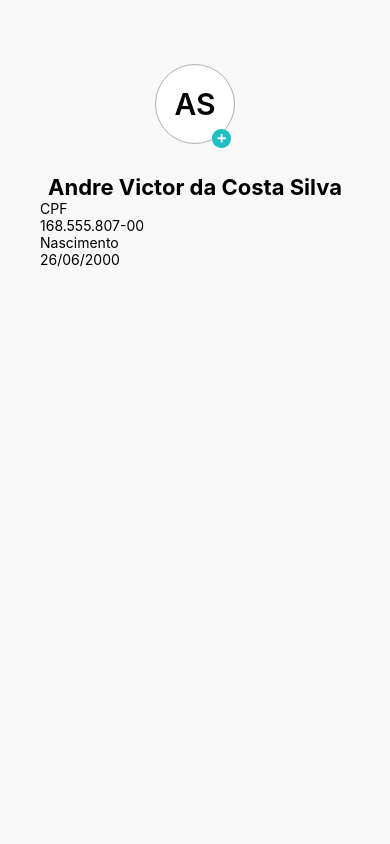
Repository: andre06x/native-estacio
Screen: /
The author's editor kept a copy of each file at every save. The screen is drawn from the files as they stood at one save, then again after the next save.
The app was drawn by React Native's web renderer in a window 390 px wide. The project was rebuilt for these pictures with package versions that can differ from the ones it lists, and the page was loaded fresh each time. Also part of the build but not shown: src/Pages/Login/index.tsx, src/Pages/Home/index.tsx.

Above is the screen before, as saved 2022-03-26 17:34:35.

### App.tsx
import { StatusBar } from 'expo-status-bar';
import { StyleSheet, Text, View } from 'react-native';
import { Routes } from "./src/Routes";

export default function App() {
  return (
   <Routes />
  );
}

const styles = StyleSheet.create({
  container: {
    flex: 1,
    backgroundColor: '#fff',
    alignItems: 'center',
    justifyContent: 'center',
  },
});

### src/Routes.tsx
import * as React from 'react';
import { View, Text } from 'react-native';
import { NavigationContainer } from '@react-navigation/native';
import { createNativeStackNavigator } from '@react-navigation/native-stack';
import { Login } from "./Pages/Login";
import { Home } from "./Pages/Home";
import { Carteirinha } from "./Pages/Carteirinha";

const Stack = createNativeStackNavigator();

const Routes = () => {
    return (
      <NavigationContainer>
        <Stack.Navigator>
          <Stack.Screen name="Carteirinha" options={{headerShown: true, title: "", headerTintColor: "#24BCCA",  headerShadowVisible: false, headerStyle: {backgroundColor: "#F8F8F8"}}}  component={Carteirinha} />
          <Stack.Screen name="Home" options={{headerShown: false}} component={Home} />
          <Stack.Screen name="Login" options={{headerShown: false}} component={Login} />
        </Stack.Navigator>
      </NavigationContainer>
    );
  }

export { Routes }

### src/Pages/Carteirinha/index.tsx
import { StatusBar } from 'expo-status-bar';
import { Image, StyleSheet, Text, View, TouchableHighlight, TouchableOpacity } from 'react-native';
import { FontAwesome5 } from '@expo/vector-icons';

const Carteirinha = ({ navigation }: { navigation: any }) => {
  return (
    <View style={styles.container}>

      <View style={{ alignItems: "center" }}>
        <View style={styles.profile_text_image}>
          <Text style={styles.profile_text}>AS</Text>
          {/* <Image style={styles.profile_image} source={require('./teste.jpg')} /> */}

          <View style={styles.profile_container_icon}>
            <FontAwesome5 name="plus" size={10} color="white" />
          </View>
        </View>
      </View>


      <Text style={styles.nome}>Andre Victor da Costa Silva</Text>

      <View style={{display: "flex"}}>

        <View>
          <Text>CPF</Text>
          <Text>168.555.807-00</Text>
        </View>

        <View>
          <Text>Nascimento</Text>
          <Text>26/06/2000</Text>
        </View>

      </View>
    </View>
  );
}

const styles = StyleSheet.create({
  container: {
    flex: 1,
    paddingVertical: 0,
    paddingHorizontal: 40,
    backgroundColor: '#F8F8F8',

  },

  profile_text_image: {
    width: 80,
    position: "relative",
    height: 80,
    borderRadius: 40,
    justifyContent: "center",
    alignItems: "center",
    backgroundColor: "#fff",
    borderWidth: 0.4,
    borderColor: "#B2B2B2"
  },
  profile_text: {
    fontSize: 30,
    fontWeight: "600",

  },
  profile_image: {
    width: "100%",
    height: "100%",
    borderRadius: 30,
  },
  profile_container_icon: {
    position: "absolute",
    right: 3,
    bottom: -5,
    backgroundColor: "#1FBFC6",
    width: 19,
    height: 19,
    borderRadius: 9,
    justifyContent: "center",
    alignItems: "center"
  },

  nome: {
    fontWeight: "650",
    fontSize: 22,
    textAlign: "center",
    marginTop: 30
  }
});

export { Carteirinha }

After the next save:
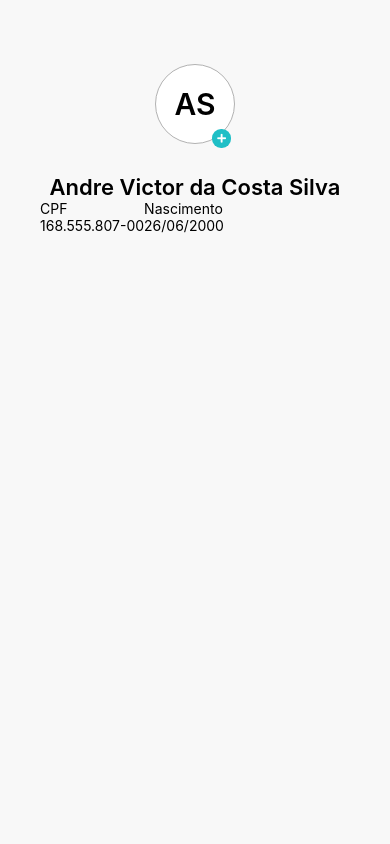
Saved 28 s later.
--- a/src/Pages/Carteirinha/index.tsx
+++ b/src/Pages/Carteirinha/index.tsx
@@ -20,7 +20,7 @@ const Carteirinha = ({ navigation }: { navigation: any }) => {
 
       <Text style={styles.nome}>Andre Victor da Costa Silva</Text>
 
-      <View style={{display: "flex"}}>
+      <View style={{flexDirection: "row"}}>
 
         <View>
           <Text>CPF</Text>
@@ -80,7 +80,7 @@ const styles = StyleSheet.create({
   },
 
   nome: {
-    fontWeight: "650",
+    fontWeight: "600",
     fontSize: 22,
     textAlign: "center",
     marginTop: 30
